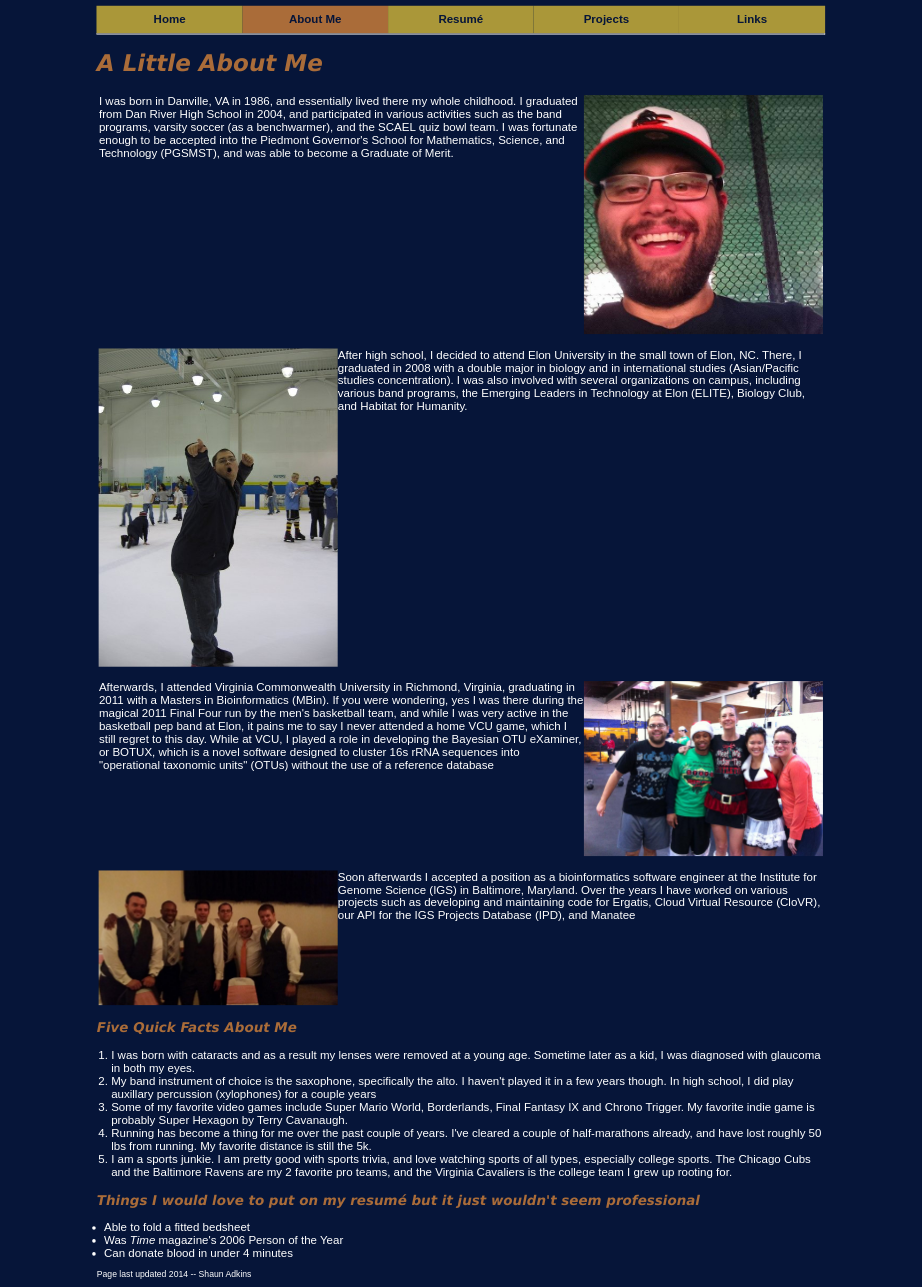
Repository: adkinsrs/sadkins_site
Page: html/about.html
The author's editor kept a record of every edit. The page is drawn from the files as they stood at one moment, then again after the next edit.
The browser window is 1280 px wide. The pictures show the whole page, at 72% of full size.

Above is the page before.

After the next edit:
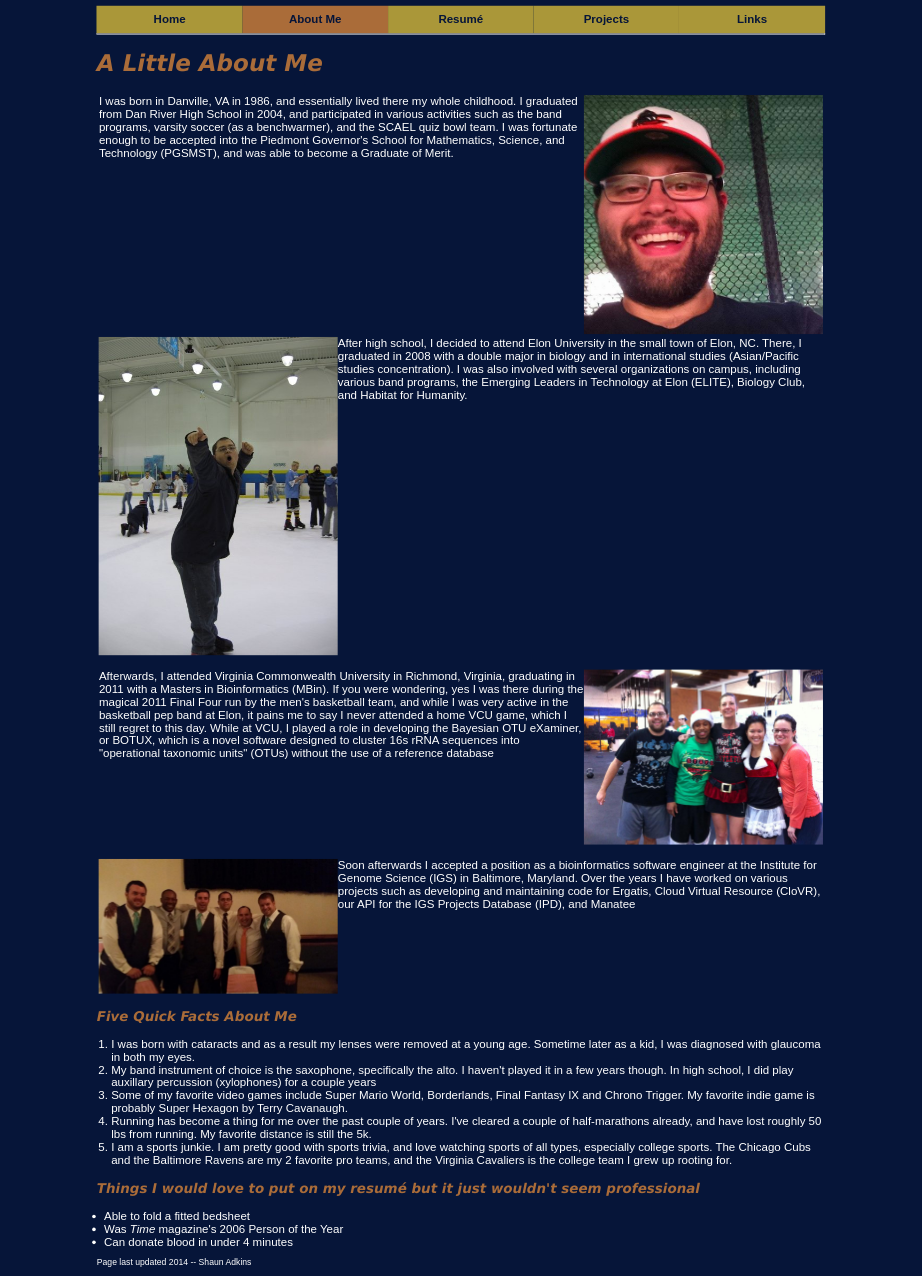
The edit:
--- a/html/about.html
+++ b/html/about.html
@@ -32,10 +32,8 @@
                         I was born in Danville, VA in 1986, and essentially lived there my whole childhood.  I graduated from Dan River High School in 2004, and participated in various activities such as the band programs, varsity soccer (as a benchwarmer), and the SCAEL quiz bowl team.  I was fortunate enough to be accepted into the Piedmont Governor's School for Mathematics, Science, and Technology (PGSMST), and was able to become a Graduate of Merit.
                     </td></tr>
                     <tr><td>
-                        <p>
-                            <img class="img_left" src="../images/ice_skating.jpg" alt="Posing at the ice skating rink">
-                            After high school, I decided to attend Elon University in the small town of Elon, NC.  There, I graduated in 2008 with a double major in biology and in international studies (Asian/Pacific studies concentration).  I was also involved with several organizations on campus, including various band programs, the Emerging Leaders in Technology at Elon (ELITE), Biology Club, and Habitat for Humanity.
-                        </p>
+                        <img class="img_left" src="../images/ice_skating.jpg" alt="Posing at the ice skating rink">
+                        After high school, I decided to attend Elon University in the small town of Elon, NC.  There, I graduated in 2008 with a double major in biology and in international studies (Asian/Pacific studies concentration).  I was also involved with several organizations on campus, including various band programs, the Emerging Leaders in Technology at Elon (ELITE), Biology Club, and Habitat for Humanity.
                     </td></tr>
                     <tr><td>
                         <p>
